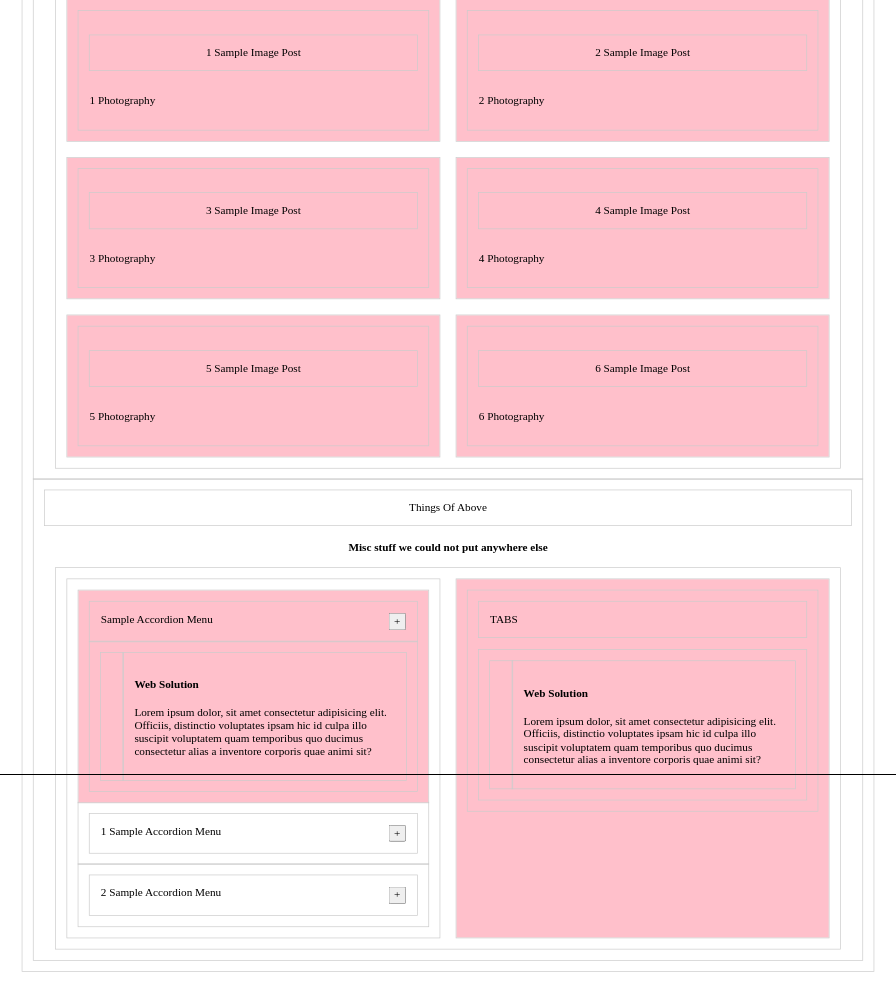
Repository: kionale/Project1_Lab3_ResponsiveLayout
Page: index.html
These files come from the project's save history. The page is drawn as it stood at one moment and after the next save; the edit follows.
The browser window is 1280 px wide. The pictures show the part of the page from y = 1799 to 3719 px (the page is 3218 px tall before and 3719 px after), at 70% of full size.

Above is the page before, as saved 2023-01-25 23:52:23.

### index.html
<!doctype html>
<html class="no-js" lang="">

<head>
  <meta charset="utf-8">
  <title></title>
  <meta name="description" content="">
  <meta name="viewport" content="width=device-width, initial-scale=1">

  <meta property="og:title" content="">
  <meta property="og:type" content="">
  <meta property="og:url" content="">
  <meta property="og:image" content="">

  <link rel="manifest" href="site.webmanifest">
  <link rel="apple-touch-icon" href="icon.png">
  <!-- Place favicon.ico in the root directory -->

  <link rel="stylesheet" href="css/normalize.css">
  <link rel="stylesheet" href="css/main.css">

  <meta name="theme-color" content="#fafafa">
</head>


<body class="page page-home">
  <header class="header page__header">
    <div class="row">
      <h1>Metrolics</h1>
      <a href=""><img src=""></a>
      <nav class="navbar-links">
        <ul>
          <a href="#">
            <li>Home</li>
          </a>
          <a href="">
            <li>Home</li>
          </a>
          <a href="">
            <li>Pages</li>
          </a>
          <a href="">
            <li>Blog</li>
          </a>
          <a href="">
            <li>Portfolio</li>
          </a>
          <a href="">
            <li>Home</li>
          </a>
        </ul>
      </nav>
    </div>

  </header>

  <div class="page__slider">
    <div class="row slides">
      <img src="" alt="">
    </div>
  </div>
  </div>

  <div class="page__intro">
    <h1 class="header page__heading">
      Hey guys! This is the <span>Metrolics</span> theme.<br>
      It sports a responsive layout with a mobile layout.
    </h1>
    <div class="subheading page_subheading">
      <h3>
        Things That We do
      </h3>
      <h5>Ask us what we can do for you</h5>

    </div>
    <div class="feature__service">
      <div class="row m-col-2 l-col-4">
        <div class="col">
          <img class="feature__servic__images" src="" alt="">
          <h4 class="heading feature__servic__title">Web Solution</h4>
          <p class="feature__servic__content">
            bbbhhha
          </p>
        </div>
        <div class="col">
          <img class="feature__servic__images" src="" alt="">
          <h4 class="heading feature__servic__title"></h4>
          <p class="feature__servic__content">
            bbbhhha
          </p>
        </div>
        <div class="col">
          <img class="feature__servic__images" src="" alt="">
          <h4 class="heading feature__servic__title"></h4>
          <p class="feature__servic__content">
            bbbhhha
          </p>
        </div>
        <div class="col">
          <img class="feature__servic__images" src="" alt="">
          <h4 class="heading feature__servic__title"></h4>
          <p class="feature__servic__content">
            bbbhhha
          </p>
        </div>


      </div>
    </div>
  </div>

  <!-- Main content starts here -->
  <main class="page__main">
    <section class="recent__work">
      <header class="header post__header">What's up lately?</header>
      <h4 class="subheading">Read up on our latest work</h4>
      <div class="row m-col-2 l-col-3">
        <div class="col">
          <div>
            <img src="" alt="">
            <header class="header recent__work__title">Sample image post</header><br>
            <p>Photography</p>
          </div>
        </div>
        <div class="col">
          <div>
            <img src="" alt="">
            <header class="header recent__work__title">Sample image post</header><br>
            <p>Photography</p>
          </div>
        </div>
        <div class="col">
          <div>
            <img src="" alt="">
            <header class="header recent__work__title">Sample image post</header><br>
            <p>Photography</p>
          </div>
        </div>
        <div class="col">
          <div>
            <img src="" alt="">
            <header class="header recent__work__title">Sample image post</header><br>
            <p>Photography</p>
          </div>
        </div>
      </div>
    </section>
    <!-- Our Latest Projests -->
    <section class="latest__projects">
      <header class="header latest__projects__header">Our Latest Projects</header>
      <h4 class="subheading">Client happy? We are happy</h4>
      <div class="row m-col-2 l-col-3">
        <div class="col">
          <div>
            <img src="" alt="">
            <header class="header latest__project__image">1 Sample image post</header><br>
            <p>1 Photography</p>
          </div>
        </div>
        <div class="col">
          <div>
            <img src="" alt="">
            <header class="header latest__project__image">2 Sample image post</header><br>
            <p>2 Photography</p>
          </div>
        </div>
        <div class="col">
          <div>
            <img src="" alt="">
            <header class="header latest__project__image">3 Sample image post</header><br>
            <p>3 Photography</p>
          </div>
        </div>
        <div class="col">
          <div>
            <img src="" alt="">
            <header class="header latest__project__image">4 Sample image post</header><br>
            <p>4 Photography</p>
          </div>
        </div>
        <div class="col">
          <div>
            <img src="" alt="">
            <header class="header latest__project__image">5 Sample image post</header><br>
            <p>5 Photography</p>
          </div>
        </div>
        <div class="col">
          <div>
            <img src="" alt="">
            <header class="header latest__project__image">6 Sample image post</header><br>
            <p>6 Photography</p>
          </div>
        </div>
      </div>
    </section>
    <!--Things of Above-->
    <section class="things__of__above">
      <header class="header things__header">Things of above</header>
      <h4 class="subheading">Misc stuff we could not put anywhere else</h4>
      <div class="row m-col-2 l-col-3">
        <div>
          <div class="col">
            <div class="sample__menu things_above_image">Sample Accordion Menu
              <button>+</button>
            </div>
            <div class="web__solution">
              <div>
                <img src="" alt="">
              </div>
              <div>
                <h4>Web Solution</h4>
                <p>Lorem ipsum dolor, sit amet consectetur adipisicing elit. Officiis, distinctio voluptates ipsam hic
                  id
                  culpa illo suscipit voluptatem quam temporibus quo ducimus consectetur alias a inventore corporis quae
                  animi sit?</p>
              </div>
            </div>
          </div>
          <div class="menu__button">
            <div class="col_two sample__menu things__above__image">1 Sample Accordion Menu
              <button>+</button>
            </div>
          </div>
          <div class="menu__button">
            <div class="col_two sample__menu things__above__image">2 Sample Accordion Menu
              <button>+</button>
            </div>
          </div>
        </div>
        <div class="col">
          <div>
            <header class="things__above__image">TABS</header><br>
            <div class="web__solution">
              <div>
                <img src="" alt="">
              </div>
              <div>
                <h4>Web Solution</h4>
                <p>Lorem ipsum dolor, sit amet consectetur adipisicing elit. Officiis, distinctio voluptates ipsam hic
                  id
                  culpa illo suscipit voluptatem quam temporibus quo ducimus consectetur alias a inventore corporis quae
                  animi sit?</p>
              </div>
            </div>
          </div>
        </div>

      </div>
    </section>
  </main>


  <script src="js/vendor/modernizr-3.11.2.min.js"></script>
  <script src="js/plugins.js"></script>
  <script src="js/main.js"></script>

  <!-- Google Analytics: change UA-XXXXX-Y to be your site's ID. -->
  <script>
    window.ga = function () { ga.q.push(arguments) }; ga.q = []; ga.l = +new Date;
    ga('create', 'UA-XXXXX-Y', 'auto'); ga('set', 'anonymizeIp', true); ga('set', 'transport', 'beacon'); ga('send', 'pageview')
  </script>
  <script src="https://www.google-analytics.com/analytics.js" async></script>
</body>

</html>

### css/main.css
::-moz-selection {
  background: #b3d4fc;
  text-shadow: none;
}

::selection {
  background: #b3d4fc;
  text-shadow: none;
}

/*
 * A better looking default horizontal rule
 */

hr {
  display: block;
  height: 1px;
  border: 0;
  border-top: 1px solid #ccc;
  margin: 1em 0;
  padding: 0;
}

audio,
canvas,
iframe,
img,
svg,
video {
  vertical-align: middle;
}

/*
 * Remove default fieldset styles.
 */

fieldset {
  border: 0;
  margin: 0;
  padding: 0;
}

/*
 * Allow only vertical resizing of textareas.
 */

textarea {
  resize: vertical;
}

*,
*::before,
*::after {
  box-sizing: border-box;
}

div,
main,
section,
header,
footer {
  outline: 1px solid #ccc;
  min-height: 1rem;
  padding: 1rem;
}

.page {
  margin: 0 auto;
  padding: 2rem;
}

.header {
  text-transform: capitalize;
  text-align: center;
}

.subheading {
  text-align: center;
}

ul,
li {
  padding: 0;
  margin: 0;
  list-style: none;
}

.row {
  display: grid;
  row-gap: 1rem;
}

.row_two {
  display: grid;
  row-gap: 1rem;
}

.col {
  position: relative;
  background-color: pink;
}

/* medium screens and up  */
@media screen and (min-width: 40em) {
  .row {
    max-width: 70rem;
    column-gap: 1.5rem;
    row-gap: 1.5rem;
    margin: 0 auto;
  }

  .row_two {
    max-width: 70rem;
    column-gap: 1.5rem;
    row-gap: 1.5rem;
    margin: 0 auto;
  }

  .m-col-2 {
    grid-template-columns: 1fr 1fr;
  }

}


.examples {
  display: flex;
  justify-content: space-around;
}

.sample__menu {
  display: flex;
  justify-content: space-between;
}

.web__solution {
  display: flex;
}

### js/plugins.js
// Avoid `console` errors in browsers that lack a console.
(function() {
  var method;
  var noop = function () {};
  var methods = [
    'assert', 'clear', 'count', 'debug', 'dir', 'dirxml', 'error',
    'exception', 'group', 'groupCollapsed', 'groupEnd', 'info', 'log',
    'markTimeline', 'profile', 'profileEnd', 'table', 'time', 'timeEnd',
    'timeline', 'timelineEnd', 'timeStamp', 'trace', 'warn'
  ];
  var length = methods.length;
  var console = (window.console = window.console || {});

  while (length--) {
    method = methods[length];

    // Only stub undefined methods.
    if (!console[method]) {
      console[method] = noop;
    }
  }
}());

// Place any jQuery/helper plugins in here.

Loaded but not shown: css/normalize.css (library); js/vendor/modernizr-3.11.2.min.js (library); js/main.js (no stored copy; drawn as an empty file)

After the next save:
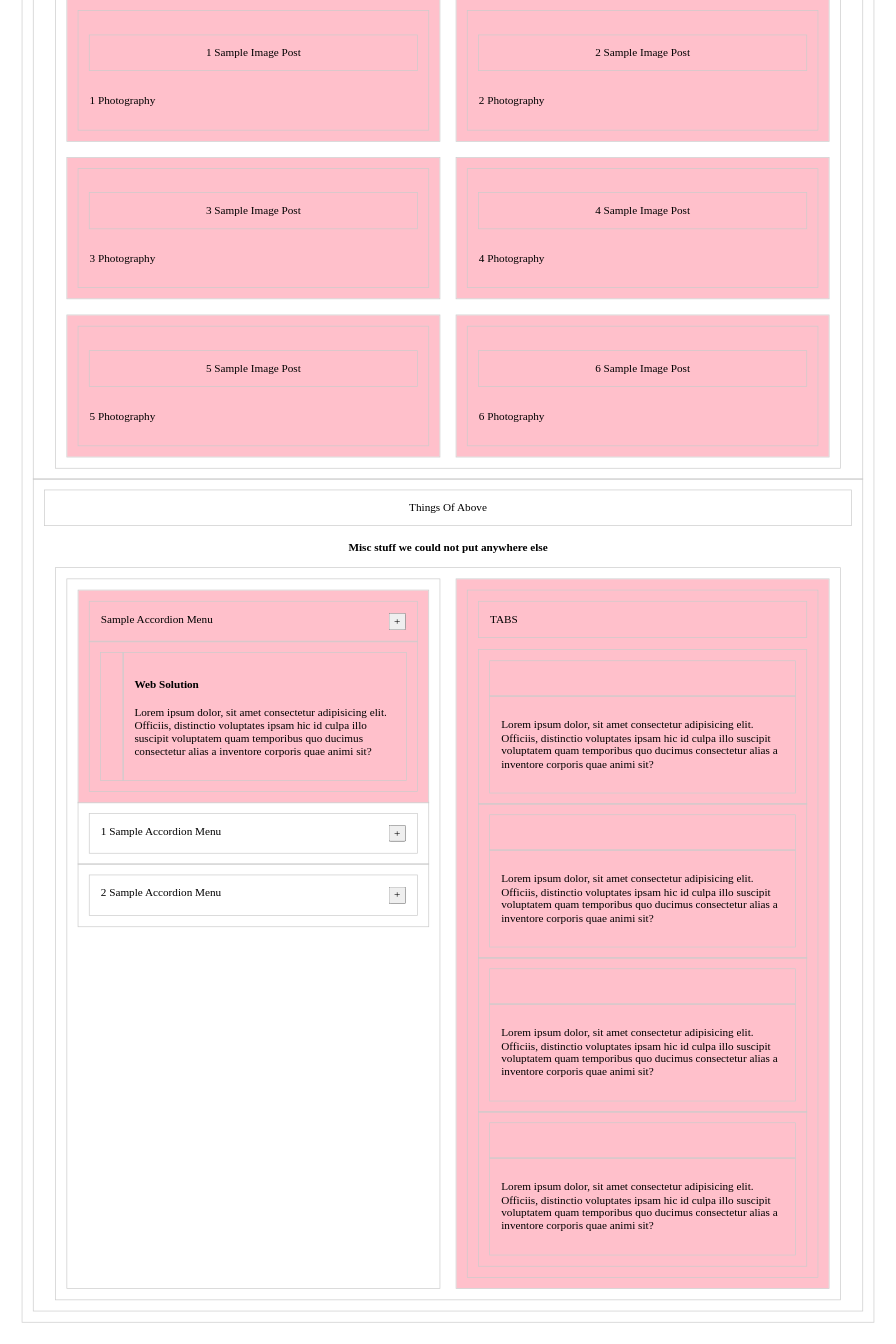
Saved 2 min 59 s later.
--- a/index.html
+++ b/index.html
@@ -231,12 +231,44 @@
         <div class="col">
           <div>
             <header class="things__above__image">TABS</header><br>
-            <div class="web__solution">
-              <div>
-                <img src="" alt="">
-              </div>
-              <div>
-                <h4>Web Solution</h4>
+            <div class="tab__information">
+              <div>
+                <img src="" alt="">
+              </div>
+              <div>
+                <p>Lorem ipsum dolor, sit amet consectetur adipisicing elit. Officiis, distinctio voluptates ipsam hic
+                  id
+                  culpa illo suscipit voluptatem quam temporibus quo ducimus consectetur alias a inventore corporis quae
+                  animi sit?</p>
+              </div>
+            </div>
+            <div class="tab__information">
+              <div>
+                <img src="" alt="">
+              </div>
+              <div>
+                <p>Lorem ipsum dolor, sit amet consectetur adipisicing elit. Officiis, distinctio voluptates ipsam hic
+                  id
+                  culpa illo suscipit voluptatem quam temporibus quo ducimus consectetur alias a inventore corporis quae
+                  animi sit?</p>
+              </div>
+            </div>
+            <div class="tab__information">
+              <div>
+                <img src="" alt="">
+              </div>
+              <div>
+                <p>Lorem ipsum dolor, sit amet consectetur adipisicing elit. Officiis, distinctio voluptates ipsam hic
+                  id
+                  culpa illo suscipit voluptatem quam temporibus quo ducimus consectetur alias a inventore corporis quae
+                  animi sit?</p>
+              </div>
+            </div>
+            <div class="tab__information">
+              <div>
+                <img src="" alt="">
+              </div>
+              <div>
                 <p>Lorem ipsum dolor, sit amet consectetur adipisicing elit. Officiis, distinctio voluptates ipsam hic
                   id
                   culpa illo suscipit voluptatem quam temporibus quo ducimus consectetur alias a inventore corporis quae
